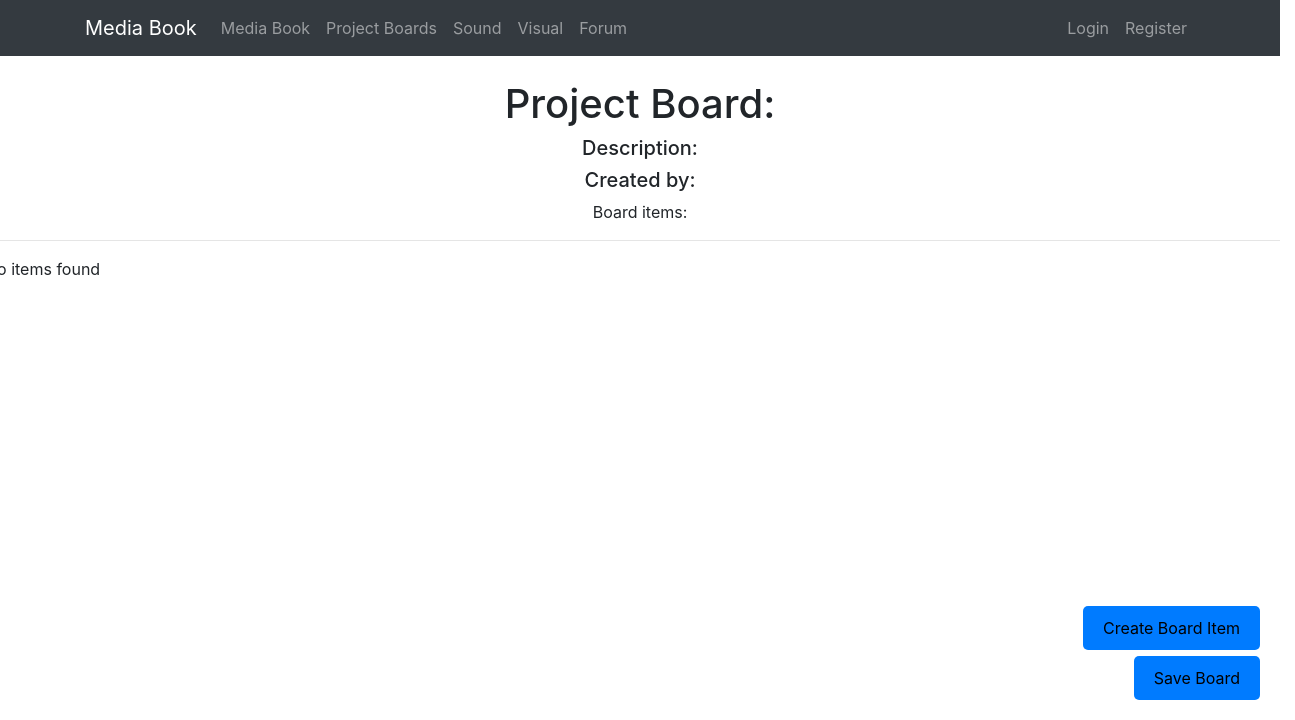
Repository: NateClarkTech/Software-Engineering-3
Page: IdeaBoards/templates/boarddetail.html
An editor plug-in stored every save of this project. The page is shown before and after the next save, followed by the edit.
The browser window is 1280 px wide. The page is 1295 px wide, then 1280 px, so the pictures cover 1295 px, including what lies to the right of the window. The pictures show the whole page.
Some web libraries are served in a nearby version. The template is drawn by Django 5.2. The application's start-up code is not run. The template is opened directly, without the code that normally fills it, so the values that code supplies are empty.

Above is the page before, as saved 2024-04-16 16:50:39.

After the next save:
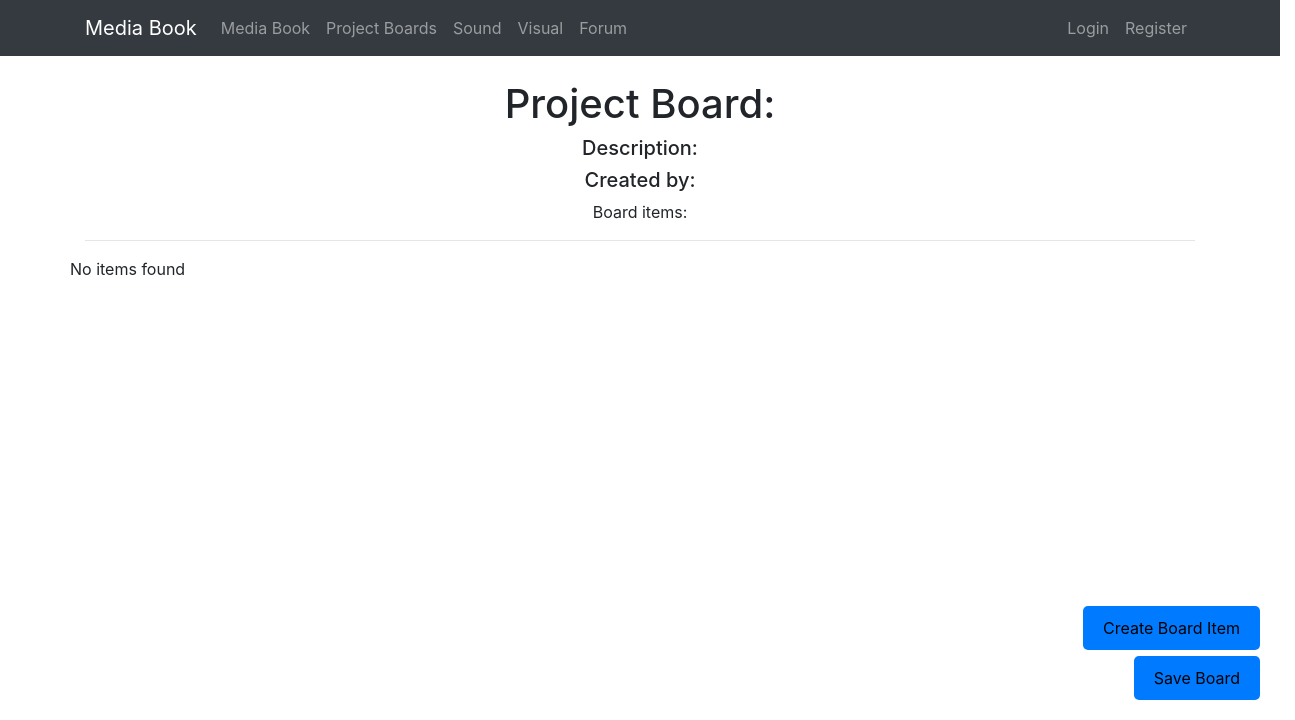
Saved 96 s later.
--- a/IdeaBoards/templates/boarddetail.html
+++ b/IdeaBoards/templates/boarddetail.html
@@ -13,64 +13,63 @@
 <!-- New Item Modal -->
 <div class="modal fade" id="createBoardItem" tabindex="-1" role="dialog" aria-labelledby="CreateItemModalLabel" aria-hidden="true">
     <div class="modal-dialog" role="document">
-      <div class="modal-content">
-        <form id="addItemForm">
-            {% csrf_token %}
-            <div class="modal-header">
-                <h5 class="modal-title" id="CreateItemModalLabel">Create New Item</h5>
-                <button type="button" class="close" data-dismiss="modal" aria-label="Close">
-                    <span aria-hidden="true">&times;</span>
-                </button>
-            </div>
-            <div class="modal-body">
-                <div class="form-group">
-                    <label for="title">Title (max 64 characters)</label>
-                    <input type="text" class="form-control" id="title" name="title">
+        <div class="modal-content">
+            <form id="addItemForm">
+                {% csrf_token %}
+                <div class="modal-header">
+                    <h5 class="modal-title" id="CreateItemModalLabel">Create New Item</h5>
+                    <button type="button" class="close" data-dismiss="modal" aria-label="Close">
+                        <span aria-hidden="true">&times;</span>
+                    </button>
                 </div>
-                <div class="form-group">
-                    <label for="description">Description (max 512 characters)</label>
-                    <input type="text" class="form-control" id="description" name="description">
+                <div class="modal-body">
+                    <div class="form-group">
+                        <label for="title">Title (max 64 characters)</label>
+                        <input type="text" class="form-control" id="title" name="title">
+                    </div>
+                    <div class="form-group">
+                        <label for="description">Description (max 512 characters)</label>
+                        <input type="text" class="form-control" id="description" name="description">
+                    </div>
                 </div>
-            </div>
-            <div class="modal-footer">
-              <button type="button" class="btn btn-secondary" data-dismiss="modal">Close</button>
-              <button type="submit" class="btn btn-primary">Add Item</button>
-            </div>
-        </form>
-      </div>
+                <div class="modal-footer">
+                    <button type="button" class="btn btn-secondary" data-dismiss="modal">Close</button>
+                    <button type="submit" class="btn btn-primary">Add Item</button>
+                </div>
+            </form>
+        </div>
     </div>
-  </div>
+</div>
 
 <!-- Edit Item Modal -->
 <div class="modal fade" id="editBoardItem" tabindex="-1" role="dialog" aria-labelledby="EditItemModalLabel" aria-hidden="true">
     <div class="modal-dialog" role="document">
-      <div class="modal-content">
-        <form id="editItemForm">
-            {% csrf_token %}
-            <div class="modal-header">
-                <h5 class="modal-title" id="EditItemModalLabel">Edit Board Item</h5>
-                <button type="button" class="close" data-dismiss="modal" aria-label="Close">
-                    <span aria-hidden="true">&times;</span>
-                </button>
-            </div>
-            <div class="modal-body">
-                <div class="form-group">
-                    <label for="title">New Title</label>
-                    <input type="text" class="form-control" id="title" name="title">
+        <div class="modal-content">
+            <form id="editItemForm">
+                {% csrf_token %}
+                <div class="modal-header">
+                    <h5 class="modal-title" id="EditItemModalLabel">Edit Board Item</h5>
+                    <button type="button" class="close" data-dismiss="modal" aria-label="Close">
+                        <span aria-hidden="true">&times;</span>
+                    </button>
                 </div>
-                <div class="form-group">
-                    <label for="description">New Description</label>
-                    <input type="text" class="form-control" id="description" name="description">
+                <div class="modal-body">
+                    <div class="form-group">
+                        <label for="title">New Title</label>
+                        <input type="text" class="form-control" id="title" name="title">
+                    </div>
+                    <div class="form-group">
+                        <label for="description">New Description</label>
+                        <input type="text" class="form-control" id="description" name="description">
+                    </div>
                 </div>
-            </div>
-            <div class="modal-footer">
-              <button type="button" class="btn btn-secondary" data-dismiss="modal">Close</button>
-              <button type="submit" class="btn btn-primary">Save Change</button>
-            </div>
-        </form>
-      </div>
+                <div class="modal-footer">
+                    <button type="button" class="btn btn-secondary" data-dismiss="modal">Close</button>
+                    <button type="submit" class="btn btn-primary">Save Change</button>
+                </div>
+            </form>
+        </div>
     </div>
-  </div>
 </div>
 
 <!-- View Item Modal -->
